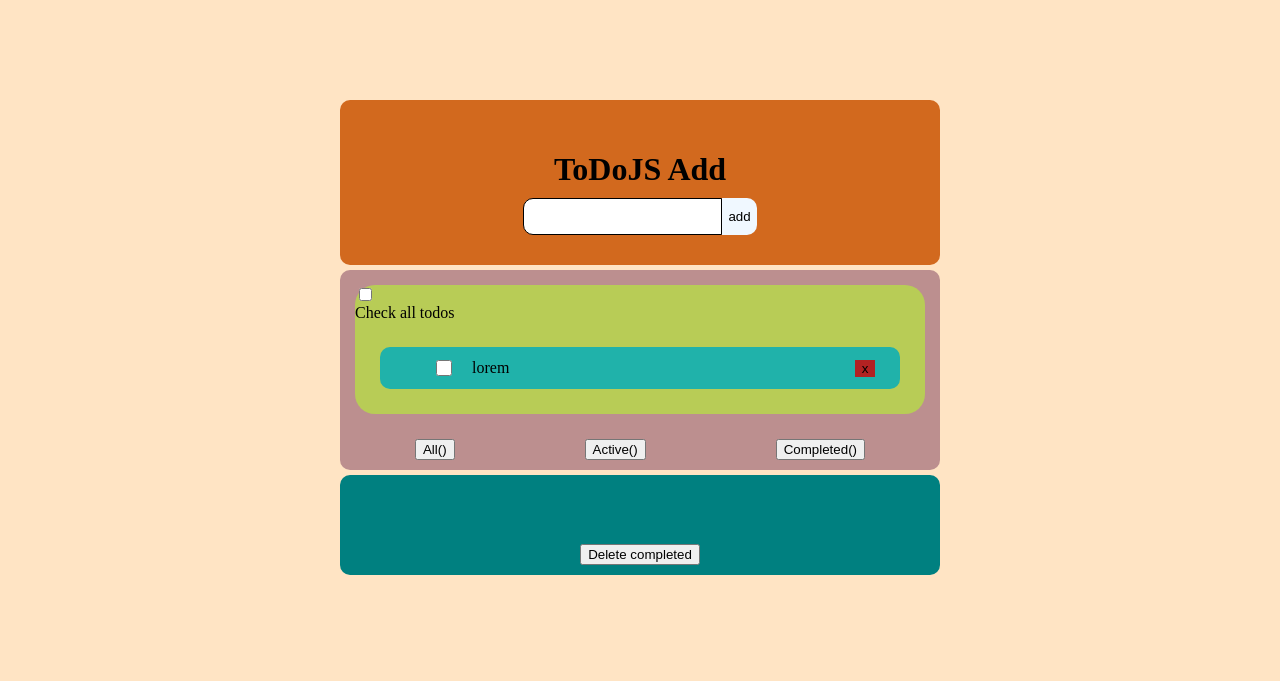
Repository: Savich01/ToDo
Page: index.html
These files come from the project's save history. The page is drawn as it stood at one moment and after the next save; the edit follows.
The browser window is 1280 px wide. The pictures show the whole page.

Above is the page before, as saved 2024-05-08 10:41:57.

### index.html
<!DOCTYPE html>
<html lang="en">
<head>
    <meta charset="UTF-8">
    <meta name="viewport" content="width=device-width, initial-scale=1.0">
    <link rel="stylesheet" href="css/style.css">
    <title>ToDO</title>
</head>
<body>
    <header class="header">
        <div class="header-block">
            <div class="header-block__sub">
                <h1 class="title">ToDoJS Add</h1>
                <form class="personal" action="#">
                    <input class="personal-input" type="text">
                    <button class="personal-btn">add</button>
                </form>
            </div>
        </div>
    </header>
     <main class="main">
        <div class="main-block">

            <div class="main-container">
                <input class="checkbox-active" type="checkbox">
                <span>Check all todos</span>
                <ul class="main-container--list">
                    <li class="main-container--list-link">
                        <input class="main-checked" type="checkbox" data-action = "done">
                        <span class="main-text main-text--done">lorem</span>
                    </li>
                    <button class="main--list-btn" data-action = "delete">
                        х
                    </button>
               </ul>
            </div>




            <div class="main-button">
                 <button class="main-btn1">All()</button>
                 <button class="main-btn2">Active()</button>
                 <button class="main-btn3">Completed()</button>
            </div>
            </div>
     </main>
     <footer class="footer">
        <div class="footer-block">
            <div class="footer-btn">
                <button class="btn">Delete completed</button>
            </div>
        </div>
     </footer>
        <script src="js/script.js"></script>
</body>
</html>

### css/style.css
ul,li {
    text-decoration: none;
    list-style: none;
}


/*------------HEADER-------------------------------------*/

body {
    max-width: 100%;
    background: #FFE4C4;
}
.header {
    margin-top: 100px;
    margin-bottom: 5px;
}
.header-block {
    max-width: 600px;
    margin: 0 auto;
    background: #D2691E;
    border-radius: 10px;
}
 .header-block__sub {
    display: flex;
    flex-direction: column;
    justify-content: center;
    align-items: center;
    padding: 30px 0px;
 }

 .title {
    margin-bottom: 10px;
 }

 .personal {
    display: flex;
    justify-content: center;
 }

 .personal-input{
    padding: 10px;
    border: 1px solid #000;
    border-radius: 10px 0px 0px 10px;
 }
.personal-btn {
    border: none;
    background-color: aliceblue;
    border-radius: 0px 10px 10px 0px;
    cursor: pointer;
}
/*------------------MAIN-------------------------------------*/

.main-block {
   max-width: 600px;
   margin: 0 auto;
   background: #BC8F8F;
   min-height: 70px;
   border-radius: 10px;
   display:flex;
   flex-direction: column;
   justify-content: space-between;
   margin-bottom: 5px;
}
.main-button {
    padding: 10px;
    display: flex;
    align-items: flex-end;
    justify-content: space-around

}
.main-container {
    background: rgba(183, 231, 62, 0.699);
    border-radius: 20px;
    margin: 15px;
    /* display: none; */
}
.checkbox-active{
    display: flex;
    flex-direction: column;
   align-items: center;
   text-align: center;
}
.main-container--list{
    background-color: #20B2AA;
    border-radius: 10px;
    margin: 25px;
    display: flex;
    align-items: center;
    justify-content: space-between;
}
.main-container--list-link {
    padding: 10px;
    display: flex;
    align-items: center;
}
.main-checked{
    width: 20px;
    height: 16px;
    cursor: pointer;
}
.main-text{
    display: inline-block;
    margin-left: 15px;
}
.main--list-btn{
    min-width: 20px;
    max-width: 23px;
    background: #FFFFE0;
    align-items: center;
    margin-right: 25px;
    cursor: pointer;
    border: none;
    background: #B22222;
}

/*------------------FOOTER--------------------------------------------------*/

.footer-block {
    max-width: 600px;
    margin: 0 auto;
    background: #008080;
    height: 100px;
    border-radius: 10px;
    display: flex;
    align-items: flex-end;
    justify-content: space-around;
}
.footer-btn {
    padding: 10px;
}

### js/script.js
"Use strict";

const form = document.querySelector('.personal');
const input = document.querySelector('.personal-input');
const block = document.querySelector('.main-container');
const addList = document.querySelector('.main-container--list')
const mainBlock = document.querySelector('.main-block');

function addTask(){
    // Отменяем отправку формы
    event.preventDefault();

    // Достаем текст задачи из поля ввода

    const taskText = input.value;
    console.log(taskText);

    //Формируем разметку для новой задачи

    const taskHTML = `<ul class="main-container--list">
                    <li class="main-container--list-link">
                        <input class="main-checked" type="checkbox" data-action = "done">
                        <span class="main-text">${taskText}</span>
                    </li>
                    <button class="main--list-btn" data-action = "delete">
                        х
                    </button>
               </ul>
                    `


    // Добавляем задачу на страницу

    block.insertAdjacentHTML('beforeend', taskHTML)

    // Отчищаем поле ввода

    input.value = '';
    input.focus();

}



// Добавление задачи
form.addEventListener('submit', addTask);

// // Удаление задачи
block.addEventListener('click', deleteTask);

function deleteTask(event){


    if(event.target.dataset.action === 'delete'){

        const perentNode = event.target.closest('.main-container--list');
        perentNode.remove();
    };
};

// Отмечаем задачу завершенной

block.addEventListener('click', doneTask)

function doneTask(event) {
    if(event.target.dataset.action === 'done'){
        const perentNode = event.target.closest('.main-container--list');
        const taskTitle = perentNode.querySelector('.main-text');
        taskTitle.classList.toggle('main-text--done');
    }
}

After the next save:
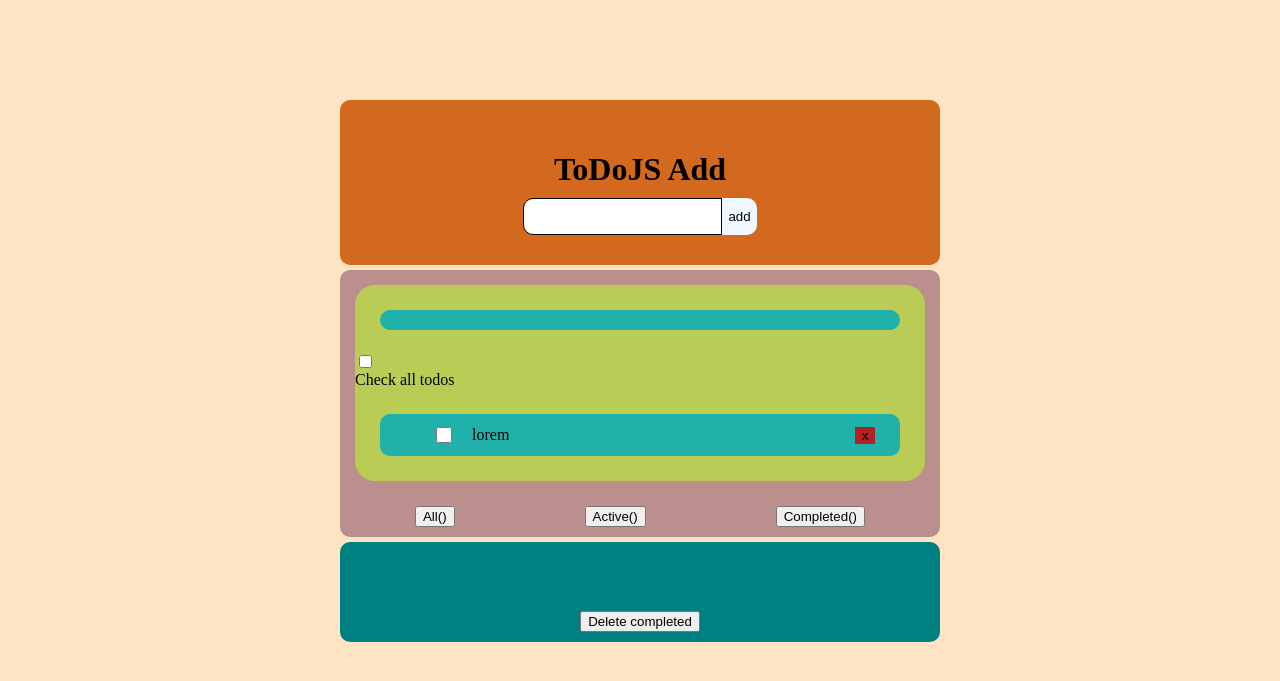
Saved 110 s later.
--- a/index.html
+++ b/index.html
@@ -22,6 +22,11 @@
         <div class="main-block">
 
             <div class="main-container">
+                <ul class="main-container--list">
+                    <li class="main-container--list-link">
+
+                    </li>
+                </ul>
                 <input class="checkbox-active" type="checkbox">
                 <span>Check all todos</span>
                 <ul class="main-container--list">
